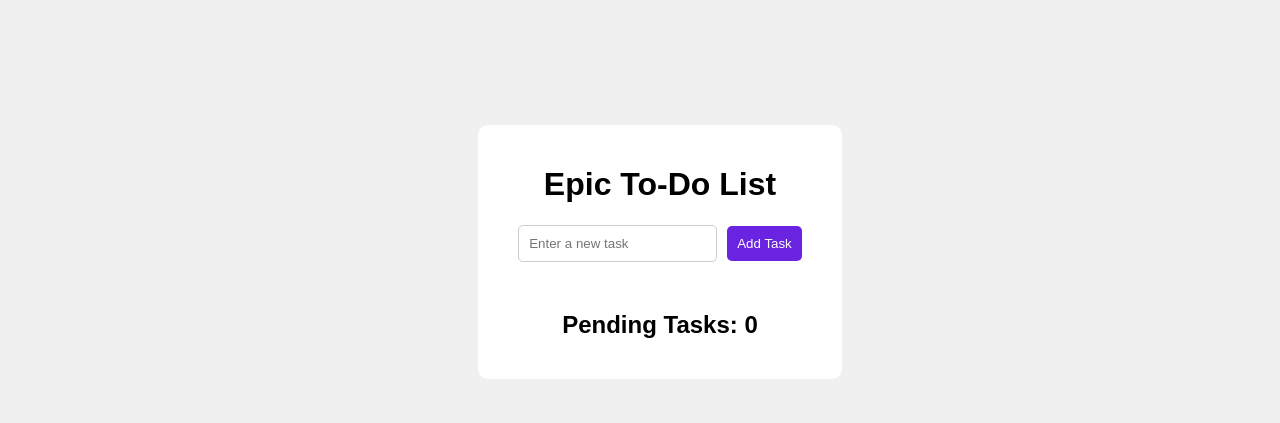
Repository: jgache/COMP-3170-0-Lab4
Page: /
These files come from the project's save history. The page is drawn as it stood at one moment and after the next save; the edit follows.
The browser window is 1280 px wide. The pictures show the whole page.
The project was rebuilt for these pictures with package versions that can differ from the ones it lists, and the page was loaded fresh each time. Also part of the build but not shown: vite.config.js, src/components/Task.jsx.

Above is the page before, as saved 2024-10-22 16:04:03.

After the next save:
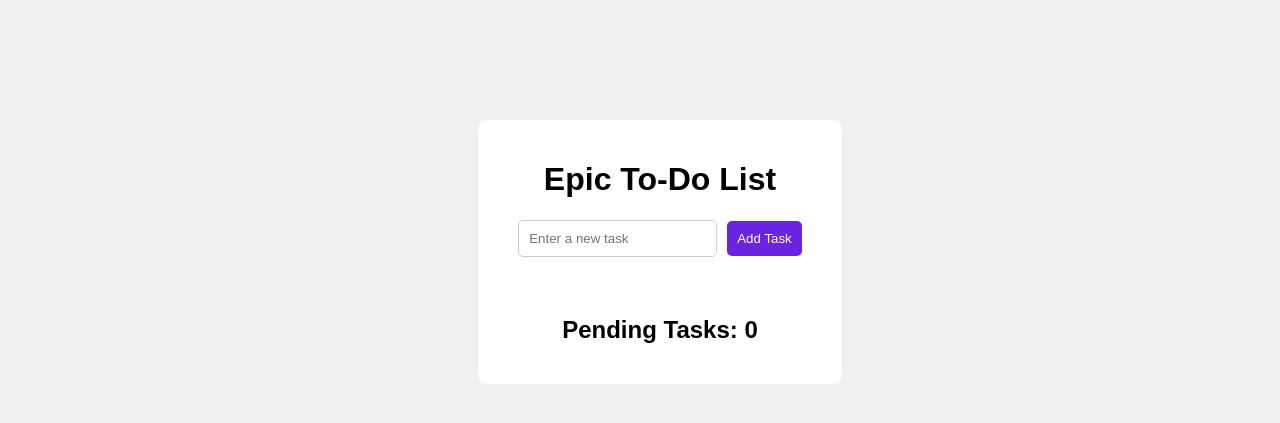
Saved 5 s later.
--- a/src/index.css
+++ b/src/index.css
@@ -25,7 +25,7 @@ form input {
     margin-right: 10px;
     border: 1px solid #ccc;
     border-radius: 5px;
-    margin-bottom: 30px;
+    margin-bottom: 40px;
 }
 
 form button {
